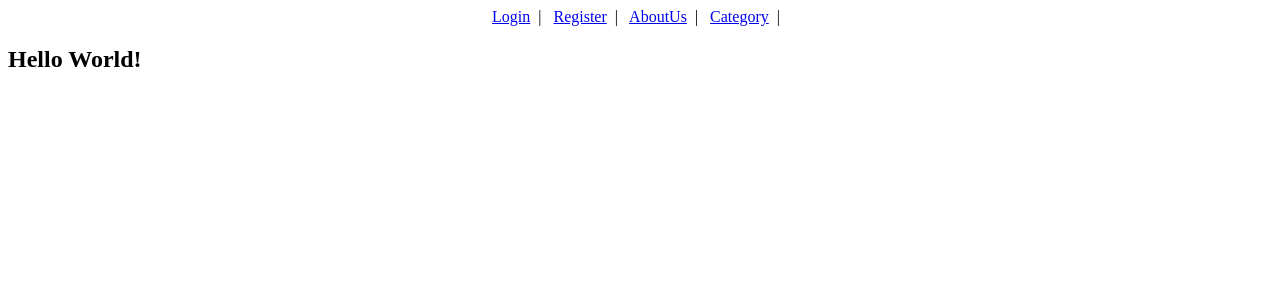
Repository: ramizkhan037/Java-Project
Page: http://localhost/Frontend/
The author's editor kept a copy of each file at every save. The page is drawn from the files as they stood at one save, then again after the next save.
The browser window is 1280 px wide. The pictures show the whole page.
The page is served by Tomcat 9. Nobody is signed in. The application's start-up code is not run. Other server files are loaded and not shown.

Above is the page before, as saved 2018-11-29 09:19:04.

### Frontend/src/main/webapp/index.jsp
<%@include file="WEB-INF/views/Header.jsp" %>

<html>
<body>
<h2>Hello World!</h2>
</body>
</html>

### Frontend/src/main/webapp/WEB-INF/views/Header.jsp
<%@ page language="java" contentType="text/html"%>
<html>
<head>
<meta http-equiv="Content-Type" content="text/html; charset=ISO-8859-1">
<title>Insert title here</title>
</head>
<body>

<p align="center">
<a href="login">Login</a>&nbsp;&nbsp;|&nbsp;&nbsp;
<a href="register">Register</a>&nbsp;&nbsp;|&nbsp;&nbsp;
<a href="aboutus">AboutUs</a>&nbsp;&nbsp;|&nbsp;&nbsp;
<a href="category">Category</a>&nbsp;&nbsp;|&nbsp;&nbsp;


</p>

</body>
</html>

After the next save:
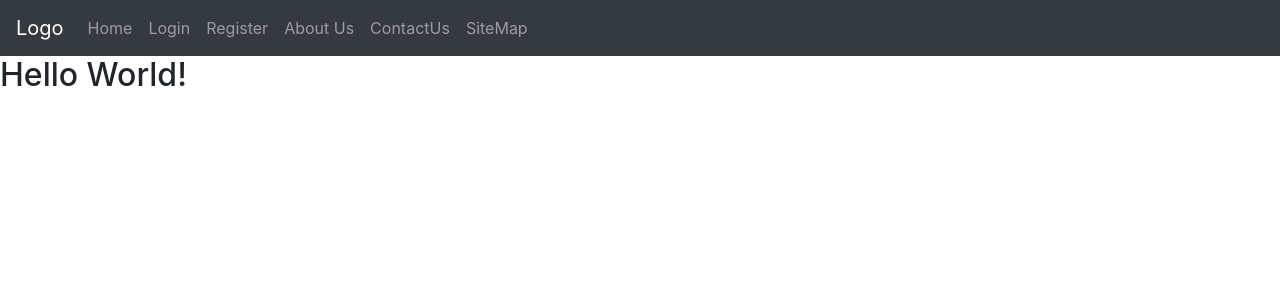
Saved 13 min 19 s later.
--- a/Frontend/src/main/webapp/WEB-INF/views/Header.jsp
+++ b/Frontend/src/main/webapp/WEB-INF/views/Header.jsp
@@ -1,19 +1,57 @@
 <%@ page language="java" contentType="text/html"%>
+
 <html>
+
 <head>
-<meta http-equiv="Content-Type" content="text/html; charset=ISO-8859-1">
-<title>Insert title here</title>
+<title> Amazon Navbar Example</title>
+<meta name="viewport" content="width=device-width, initial-scale=1">
+  <link rel="stylesheet" href="https://maxcdn.bootstrapcdn.com/bootstrap/4.1.3/css/bootstrap.min.css">
+  <script src="https://ajax.googleapis.com/ajax/libs/jquery/3.3.1/jquery.min.js"></script>
+  <script src="https://cdnjs.cloudflare.com/ajax/libs/popper.js/1.14.3/umd/popper.min.js"></script>
+  <script src="https://maxcdn.bootstrapcdn.com/bootstrap/4.1.3/js/bootstrap.min.js"></script>
+
 </head>
 <body>
 
-<p align="center">
-<a href="login">Login</a>&nbsp;&nbsp;|&nbsp;&nbsp;
-<a href="register">Register</a>&nbsp;&nbsp;|&nbsp;&nbsp;
-<a href="aboutus">AboutUs</a>&nbsp;&nbsp;|&nbsp;&nbsp;
-<a href="category">Category</a>&nbsp;&nbsp;|&nbsp;&nbsp;
+<nav class="navbar navbar-expand-sm bg-dark navbar-dark">
+  <!-- Brand/logo -->
+  <a class="navbar-brand" href="#">Logo</a>
+
+ <!-- Toggler/collapsibe Button -->
+  <button class="navbar-toggler" type="button" data-toggle="collapse" data-target="#collapsibleNavbar">
+    <span class="navbar-toggler-icon"></span>
+  </button>
+
+  <div class="collapse navbar-collapse" id="collapsibleNavbar">
+  <!-- Links -->
+  <ul class="navbar-nav">
+    <li class="nav-item">
+
+      <a class="nav-link" href="#">
+	<font color="white"><span class="glyphicon glyphicon-home"></span></font>Home
+      </a>
+    </li>
+    <li class="nav-item">
+      <a class="nav-link" href="#">Login</a>
+    </li>
+    <li class="nav-item">
+      <a class="nav-link" href="#">Register</a>
+    </li>
+    <li class="nav-item">
+      <a class="nav-link" href="#">About Us</a>
+    </li>
+    <li class="nav-item">
+      <a class="nav-link" href="#">ContactUs</a>
+    </li>
+    <li class="nav-item">
+      <a class="nav-link" href="#">SiteMap</a>
+    </li>
+  </ul>
+  </div>
+
+</nav>
 
 
-</p>
 
-</body>
+
 </html>
